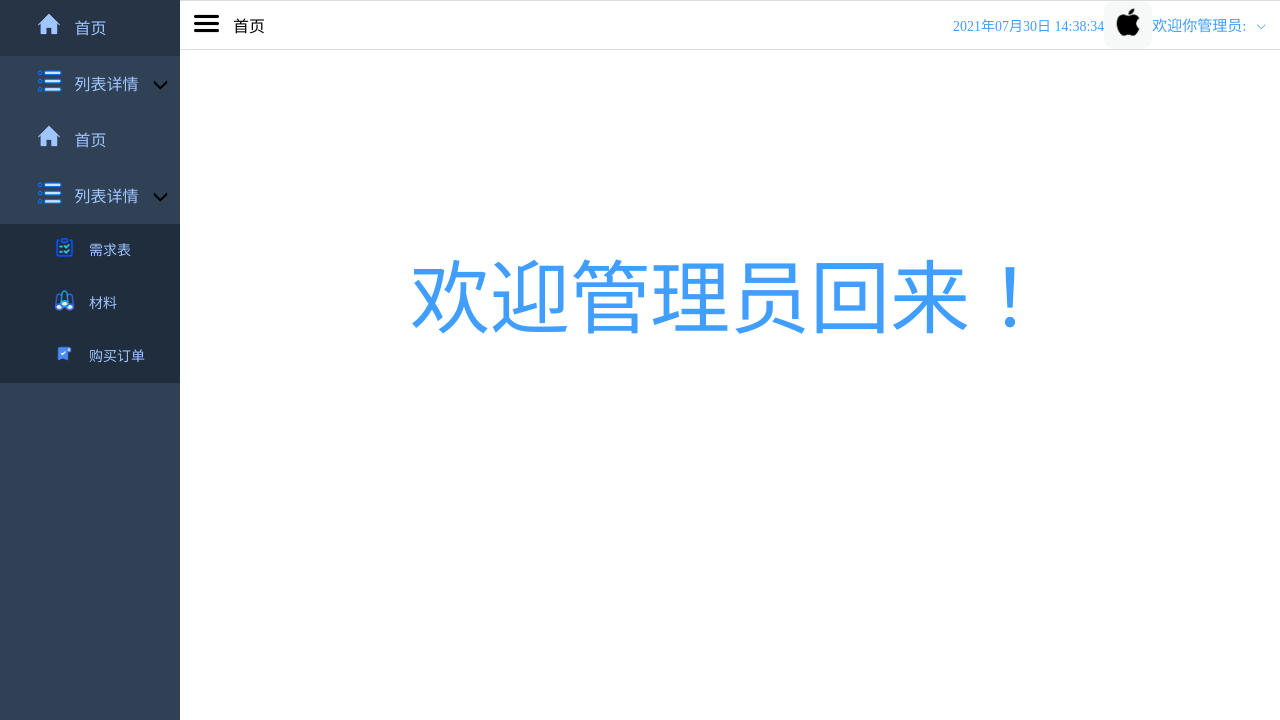
Repository: 572031690/fwwb-proj
Page: /#/home/body
The author's editor kept a copy of each file at every save. The page is drawn from the files as they stood at one save, then again after the next save.
The browser window is 1280 px wide. The pictures show the whole page.
The project was rebuilt for these pictures with package versions that can differ from the ones it lists, and the page was loaded fresh each time. Also part of the build but not shown: vue.config.js, src/unusercom/EditData.vue, src/components/Adddata.vue, src/view/home/User.vue, src/view/home/Item.vue, src/view/home/Buy.vue, src/components/Test.vue, src/components/ValidateCode.vue and 1 more.

Above is the page before, as saved 2021-08-12 17:36:02.
Console error: TypeError: Cannot read properties of undefined (reading 'style')

### public/index.html
<!DOCTYPE html>
<html lang="">
  <head>
    <meta charset="utf-8">
    <meta http-equiv="X-UA-Compatible" content="IE=edge">
    <meta name="viewport" content="width=device-width,initial-scale=1.0">
    <link rel="icon" href="<%= BASE_URL %>favicon.ico">
    <title><%= htmlWebpackPlugin.options.title %></title>
    <!-- 配置jquery -->
    <!-- <script src="http://ajax.googleapis.com/ajax/libs/jquery/1.8.0/jquery.min.js"></script> -->
     <!-- 百度的适口 -->
     <meta name="viewport" content="width=device-width,minimum-scale=1.0,maximum-scale=1.0,user-scalable=no">
     <!-- 搜索框 -->
     <meta http-equiv="X-UA-Compatible" content="IE=edge">
    <meta name="viewport" content="width=device-width, initial-scale=1.0">
    <link href="http://cdn.bootcss.com/font-awesome/4.7.0/css/font-awesome.min.css" rel="stylesheet">
  </head>
  <body>
    <noscript>
      <strong>We're sorry but <%= htmlWebpackPlugin.options.title %> doesn't work properly without JavaScript enabled. Please enable it to continue.</strong>
    </noscript>
    <div id="app"></div>
    <!-- built files will be auto injected -->
  </body>
</html>

### src/App.vue
<template>
  <div id="app" >
	  		<!-- <v-login></v-login> -->
			<router-view ></router-view>
	</div>
</template>

<script>

export default {
  data () {
    	return {

    	}
  	},
  	methods: {

  	},
  components: {
  },
  mounted () {
    this.$router.push({ path: 'login' }) // 页面跳转
  }
}

</script>

<style>

</style>

### src/assets/CSS/basic.css
a {
        text-decoration: none;
}

* {
        padding: 0;
        margin: 0;
}

html, body {
        height: 100%;
}

### src/view/Home.vue
<template>
  <div id="Home" ref="gobacklogin">
    <div :class="{ leftNavigation: navshow, leftNavigationChange: !navshow }">
      <div v-for="item in routerList2">
        <div class="navhome" v-if="item.type === 'router'">
          <img :src="item.imgSrc" class="navhome-img" />
          <span class="spans1" ref="spans1">{{ item.label }}</span>
        </div>

        <div
          class="navhome"
          @click="changearrow()"
          id="listlep"
          v-if="item.type === 'tips'"
        >
          <img :src="item.imgSrc" class="navhome-img" />
          <span ref="spans2">{{ item.label }}</span>
          <img :src="item.imgtips" class="arrow" ref="arrow" />
        </div>
      </div>
      <router-link to="/home/homewel">
        <div class="navhome">
          <img src="../assets/homeimg.png" class="navhome-img" />
          <span class="spans1" ref="spans1">首页</span>
        </div>
      </router-link>
      <div class="navhome" @click="changearrow()" id="listlep">
        <img src="../assets/item.png" class="navhome-img" />
        <span ref="spans2">列表详情</span>
        <img src="../assets/小箭头.png" class="arrow" ref="arrow" />
      </div>

      <div class="navhome-box" ref="navhomebox">
        <transition name="navhom">
          <div class="navhome-son" v-show="navSonShow">
            <div @click="goToRouter(item)" v-for="(item, index) in routerList">
              <div class="namehome-son1">
                <img :src="item.imgSrc" class="navson-img" />
                <span ref="spans7">{{ item.label }}</span>
              </div>
            </div>
          </div>
        </transition>
      </div>

      <router-link to="/home/department" v-show="admin">
        <div class="navhome">
          <img src="../assets/department.png" class="navhome-img" />
          <span ref="spans3">部门管理</span>
        </div>
      </router-link>
      <router-link to="/home/user" v-show="admin">
        <div class="navhome">
          <img src="../assets/user.png" class="navhome-img" />
          <span ref="spans8">用户信息</span>
        </div>
      </router-link>
    </div>

    <div
      :class="{ rightNavigation: navshow, rightNavigations: !navshow }"
      ref="right1"
    >
      <div class="rightnav-top">
        <div class="rightnav-topimg">
          <img
            src="../assets/heng.png"
            class="rightnav-topimghome"
            ref="rightnavtopimghome"
            @click="changehomeimg()"
          />
        </div>

        <span>首页</span>
        <!-- <v-search class="searchfa"></v-search> -->

        <div class="topright">
          <span class="top-time">{{ nowTime }}</span>
          <!-- 苹果图标 -->
          <img src="../assets/timg.jpg" class="timg" />
          <!-- 退出下拉框 -->
          <el-dropdown @command="gobacklogin" class="elsign-out">
            <span class="el-dropdown-link">
              欢迎你管理员: <span class="adminname">{{ adminname }} </span
              ><i class="el-icon-arrow-down el-icon--right"></i>
            </span>
            <el-dropdown-menu slot="dropdown">
              <el-dropdown-item command="a">退出登陆</el-dropdown-item>
            </el-dropdown-menu>
          </el-dropdown>
        </div>
      </div>

      <router-view></router-view>
    </div>
  </div>
</template>

<script>
// 引入jquery
// import $ from 'jquery'
// 引入搜索框
import EditData from "../unusercom/EditData.vue";

export default {
  data() {
    return {
      nowTime: "",
      thistime: "",
      key: 90,
      arrowflag: true,
      imghomeflag: true,
      adminname: "",
      departmentID: "",
      navshow: true,
      navSonShow: true,
      lastTime: 0, // 默认上一次点击时间为0
      admin: true,
      routerChioce: 1,
      routerList2: [
        {
          type: "router",
          index: 1,
          path: "/home/homewel",
          label: "首页",
          disabled: false,
          imgSrc: require("@/assets/homeimg.png")
        },
        {
          type: "tips",
          index: 1,
          path: "",
          label: "列表详情",
          disabled: true,
          imgSrc: require("@/assets/item.png"),
          imgtips: require("@/assets/小箭头.png")
        }
      ],
      routerList: [
        {
          index: 1,
          path: "/home/body",
          label: "需求表",
          disabled: false,
          imgSrc: require("@/assets/body.png")
        },
        {
          index: 2,
          path: "/home/item",
          label: "材料",
          disabled: false,
          imgSrc: require("@/assets/material.png")
        },
        {
          index: 3,
          path: "/home/buy",
          label: "购买订单",
          disabled: false,
          imgSrc: require("@/assets/buy.png")
        }
      ]
    };
  },
  methods: {
    // 旋转子列箭头
    changearrow() {
      this.navSonShow = !this.navSonShow;
      if (this.arrowflag) {
        this.$refs.arrow.style.transform = "rotate(270deg)";
        this.arrowflag = !this.arrowflag;
      } else {
        this.$refs.arrow.style.transform = "rotate(90deg)";
        this.arrowflag = !this.arrowflag;
      }
      // e.srcElement.style.transform="'rotate('+this.key+'deg)'";
      // e.srcElement.style.transform="rotate(180deg)";
      // console.log(e.srcElement.dataset.aid);
    },
    // 右边栏三条杠点击事件
    changehomeimg() {
      // 动画class绑定
      this.navshow = !this.navshow;
      let status = "none";
      let rotate = "rotate(90deg)";
      let times = 0;
      // 首页旁边三条杠图标旋转和文字消失
      if (this.imghomeflag) {
        status = "none";
        rotate = "rotate(90deg)";
        times = 0;
      } else {
        status = "block";
        rotate = "rotate(0deg)";
        times = 700;
      }
      this.$refs.rightnavtopimghome.style.transform = rotate;
      this.imghomeflag = !this.imghomeflag;
      const me = this;
      setTimeout(function() {
        me.$refs.spans1.style.display = status;
        me.$refs.spans2.style.display = status;
        me.$refs.spans3.style.display = status;
        me.$refs.arrow.style.display = status;
        me.$refs.spans5.style.display = status;
        me.$refs.spans6.style.display = status;
        me.$refs.spans7.style.display = status;
        me.$refs.spans8.style.display = status;
      }, times);
    },
    // 开始动画文字出现延迟
    changehomeimgCreate() {
      this.changehomeimg();
      this.changehomeimg();
    },

    // 退出登陆方法
    gobacklogin(command) {
      this.$confirm("是否退出登陆", "提示", {
        confirmButtonText: "确定",
        cancelButtonText: "取消",
        type: "warning"
      }).then(() => {
        sessionStorage.clear(); // 删除所有数据
        this.$router.push({ name: "login" }); // 直接跳转
        this.$message({
          type: "success",
          message: "退出登陆成功!"
        });
      });
    },

    // init(){
    //     this.$nextTick(()=>{
    //     var flagwel = this.$store.state.flagwel;
    //     this.$refs.welcomehome.style.display=flagwel;
    //     })
    // }
    // 显示当前时间（年月日时分秒）
    timeFormate(timeStamp) {
      const year = new Date(timeStamp).getFullYear();
      const month =
        new Date(timeStamp).getMonth() + 1 < 10
          ? "0" + (new Date(timeStamp).getMonth() + 1)
          : new Date(timeStamp).getMonth() + 1;
      const date =
        new Date(timeStamp).getDate() < 10
          ? "0" + new Date(timeStamp).getDate()
          : new Date(timeStamp).getDate();
      const hh =
        new Date(timeStamp).getHours() < 10
          ? "0" + new Date(timeStamp).getHours()
          : new Date(timeStamp).getHours();
      const mm =
        new Date(timeStamp).getMinutes() < 10
          ? "0" + new Date(timeStamp).getMinutes()
          : new Date(timeStamp).getMinutes();
      const ss =
        new Date(timeStamp).getSeconds() < 10
          ? "0" + new Date(timeStamp).getSeconds()
          : new Date(timeStamp).getSeconds();
      this.nowTime =
        year +
        "年" +
        month +
        "月" +
        date +
        "日" +
        " " +
        hh +
        ":" +
        mm +
        ":" +
        ss;
      // console.log(this.nowTime)
    },
    nowTimes() {
      const that = this;
      this.thistime = setInterval(function() {
        that.timeFormate(new Date());
      }, 1000);
    },
    clearTime() {
      clearInterval(this.thistime);
    },
    getAdminType() {
      // console.log(typeof this.departmentID)
      if (this.departmentID === "10000") {
        this.admin = true;
      } else {
        this.admin = false;
      }
    },
    goToRouter(val) {
      if (!val.disabled) {
        this.$router.push({ path: val.path });
      } // 页面跳转
    }
  },
  components: {
    // 'v-body':Body
    "v-editdata": EditData
  },
  // store,
  mounted() {
    this.nowTimes();
    // document.getElementById('rightnav-topimghome').style.cursor = 'not-allowed' //设置鼠标样式为不可点击

    this.changehomeimgCreate();
    // 实现左边子栏的缓慢消失
    // $(document).ready(function(){
    // $("#listlep").click(function(){
    //     $(".navhome-son").slideToggle(500);
    //   });
    // });

    // //实现左边nav栏的缩小
    // $(document).ready(function(){
    // $('.rightnav-topimghome').click(function(){
    //     if($('.right-navigation').css("margin-left")=="180px"){
    //         $('.right-navigation').animate({
    //         'margin-left':'50px'
    //     },700);
    // }else{
    // $('.right-navigation').animate({
    //     'margin-left':'180px'
    //     },700);
    // }
    // });
    // });

    // $(document).ready(function(){
    // $('.rightnav-topimghome').click(function(){
    //     if($('.left-navigation').css("width")!="50px"){
    //         $('.left-navigation').animate({
    //         width:'50px'
    //     },700);
    // }else{
    // $('.left-navigation').animate({
    //     width:'180px'
    //     },700);
    // }
    // });
    // });

    this.adminname = window.sessionStorage.getItem("storeData"); // 获取浏览器缓存值
    this.departmentID = window.sessionStorage.getItem("sData");
    this.getAdminType();
  },
  beforeDestroy() {
    this.clearTime();
  }
};
</script>
<style scoped>
#Home {
  height: 100%;
  width: 100%;
  background-color: white;
  display: flex;
  flex-direction: row;
}

.leftNavigation {
  position: fixed;
  display: inline-block;
  width: 180px;
  background-color: #304156;
  height: 100vh; /*占满一个屏幕的高度 */
  animation: navlong 0.7s;
}
.leftNavigationChange {
  position: fixed;
  width: 50px;
  background-color: #304156;
  height: 100vh; /*占满一个屏幕的高度 */
  animation: navshort 0.7s;
}

@keyframes navlong {
  0% {
    width: 50px;
  }
  100% {
    width: 180px;
  }
}

@keyframes navshort {
  0% {
    width: 180px;
  }
  100% {
    width: 50px;
  }
}
.leftNavigation a {
  text-decoration: none;
}

.navhome {
  display: flex;
  flex-direction: row; /*水平排布*/
  height: 34px;
  width: 100%;
  background-color: #304156;
  padding: 11px 0;
  transition: all 0.5s;
}
.navhome:hover {
  background-color: #263445;
  cursor: pointer;
}
.navhome-img {
  /* -webkit-transform:rotate(90deg); */
  height: 26px;
  margin: 0 7%;
  margin-left: 20%;
  vertical-align: middle;
  color: #409eff;
}
.navhome span {
  vertical-align: middle;
  font-size: 16px;
  color: #9fc6ff;
  margin-top: 4px;
}
.arrow {
  margin-top: 5px;
  margin-left: 5%;
  height: 25px;
  vertical-align: middle;
  transition: all 0.5s;
  transform: rotate(90deg);
}

.navhom-enter-active,
.navhom-leave-active {
  transition: all 0.5s;
}
.navhom-enter,
.navhom-leave-to {
  height: 0;
}
.navhom-enter-to,
.navhom-leave {
  height: 159px;
}
.navhome-son {
  cursor: pointer;
  background-color: #1f2d3d;
  overflow: hidden;
}
.namehome-son1 {
  display: flex;
  flex-direction: row; /*水平排布*/
  transition: all 1.5s;
  width: 100%;
  height: 47px;
  padding: 3px 0;
}
.namehome-son1:hover {
  background-color: #001121;
}
.navson-img {
  height: 21px;
  margin: 10px 5px;
  margin-left: 30%;
  vertical-align: middle;
  color: #409eff;
}
.navhome-son span {
  vertical-align: middle;
  font-size: 14px;
  margin-top: 12px;
  color: #9fc6ff;
  margin-left: 5%;
}
.rightNavigation {
  display: inline-block;
  width: 100%;
  margin-left: 180px;
  animation: rightNavlong 0.7s;
}
.rightNavigations {
  display: inline-block;
  width: 100%; /**/
  margin-left: 50px;
  animation: rightNavshort 0.7s;
}
@keyframes rightNavlong {
  0% {
    margin-left: 50px;
  }
  100% {
    margin-left: 180px;
  }
}
@keyframes rightNavshort {
  0% {
    margin-left: 180px;
  }
  100% {
    margin-left: 50px;
  }
}
.rightnav-top {
  width: 100%;
  height: 48px;
  display: flex;
  flex-direction: row;
  border-bottom: 1px solid #dadce0;
  border-top: 1px solid #dadce0;
}
.rightnav-topimg {
  padding: 0 14px;
  height: 50px;
}
.rightnav-topimghome {
  cursor: pointer;
  margin-top: 10px;
  height: 25px;
  transition: all 0.4s;
}
.rightnav-top span {
  padding-top: 12px;
  /* margin-left: 10px; */
}
.top-time {
  color: #409eff;
  font-size: 14px;
  margin-top: 2px;
}
.topright {
  float: right;
  right: 1%;
  position: absolute;
  display: flex;
}
.timg {
  height: 48px;
  cursor: pointer;
  border-radius: 10px;
}
.weltop {
  font-size: 14px;
}
#eldown {
  margin-top: 1px;
  font-size: 20px;
}
.elsign-out {
  padding-top: 13px;
}
.el-dropdown-link {
  cursor: pointer;
  color: #409eff;
  font-size: 15px;
}
.el-icon-arrow-down {
  font-size: 12px;
}
.adminname {
  color: black;
  font-size: 15px;
}
</style>

### src/view/home/HomeWel.vue
<template>
    <div>
        <div class="welcomehome" ref="welcomehome">
                欢迎管理员回来！
        </div>
    </div>
</template>
<script>
export default {
  data () {
    return {

    }
  }
}
</script>
<style scoped>
    .welcomehome{
        line-height: 500px;
        text-align: center;
        font-size: 80px;
        color: #409EFF;
    }
</style>

### src/components/login.vue
<template lang="">
    <div>

    </div>
</template>
<script>
export default {
  data () {
    return {

    }
  },
  mounted () {
    this.$router.push({ path: 'homewel' }) // 页面跳转
  }
}
</script>

Loaded but not shown: src/plugins/element.js (common file); src/router/index.js (63 lines, source omitted); src/main.js (17 lines, source omitted); src/store/index.js (26 lines, source omitted); src/view/home/Body.vue (1009 lines, source omitted); src/view/Login.vue (731 lines, source omitted); src/components/Drawer.vue (271 lines, source omitted)

After the next save:
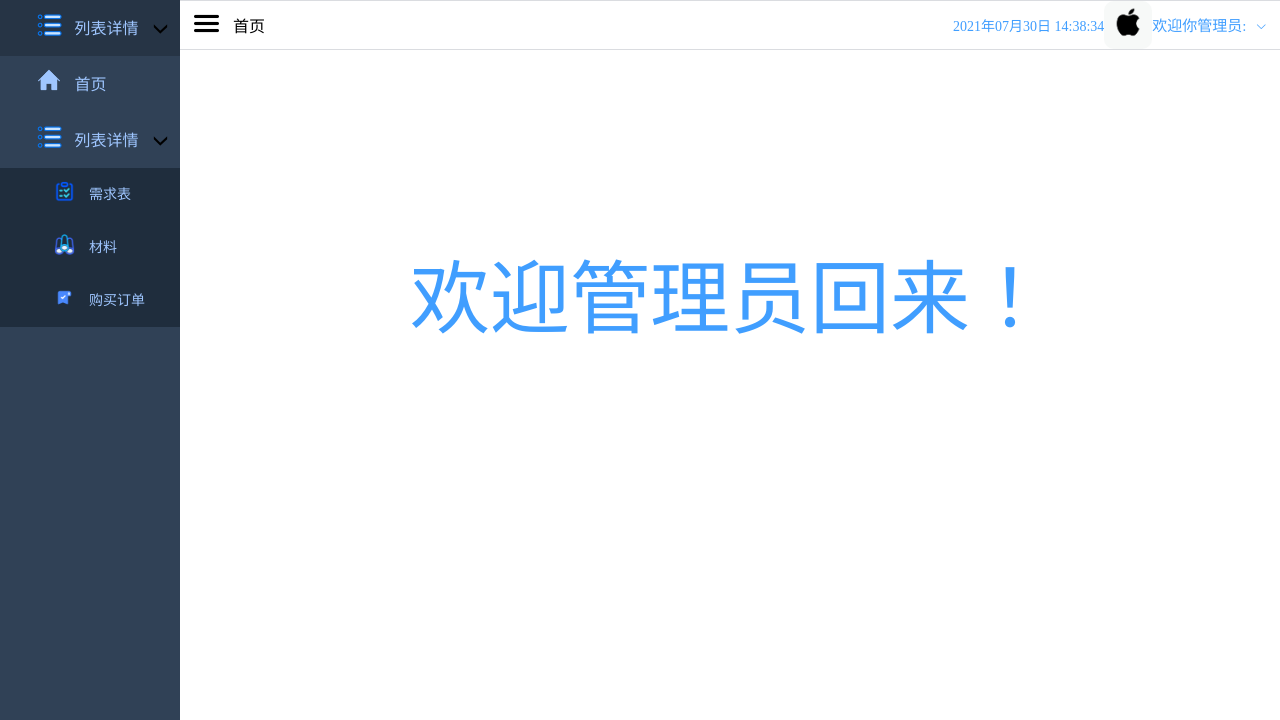
Saved 80 s later.
--- a/src/view/Home.vue
+++ b/src/view/Home.vue
@@ -2,7 +2,7 @@
   <div id="Home" ref="gobacklogin">
     <div :class="{ leftNavigation: navshow, leftNavigationChange: !navshow }">
       <div v-for="item in routerList2">
-        <div class="navhome" v-if="item.type === 'router'">
+        <div class="navhome" v-if="false">
           <img :src="item.imgSrc" class="navhome-img" />
           <span class="spans1" ref="spans1">{{ item.label }}</span>
         </div>

After the save that followed:
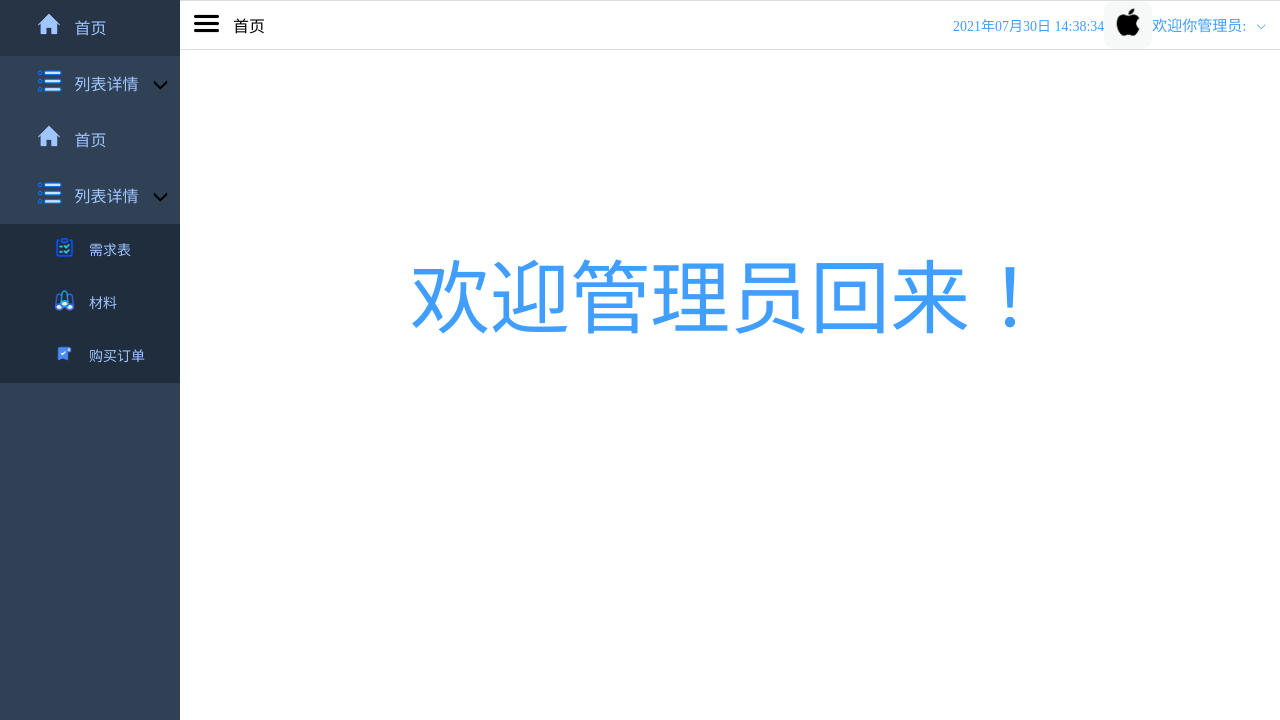
Saved 21 s later.
--- a/src/view/Home.vue
+++ b/src/view/Home.vue
@@ -2,7 +2,7 @@
   <div id="Home" ref="gobacklogin">
     <div :class="{ leftNavigation: navshow, leftNavigationChange: !navshow }">
       <div v-for="item in routerList2">
-        <div class="navhome" v-if="false">
+        <div class="navhome" v-if="item.type === 'router'">
           <img :src="item.imgSrc" class="navhome-img" />
           <span class="spans1" ref="spans1">{{ item.label }}</span>
         </div>
